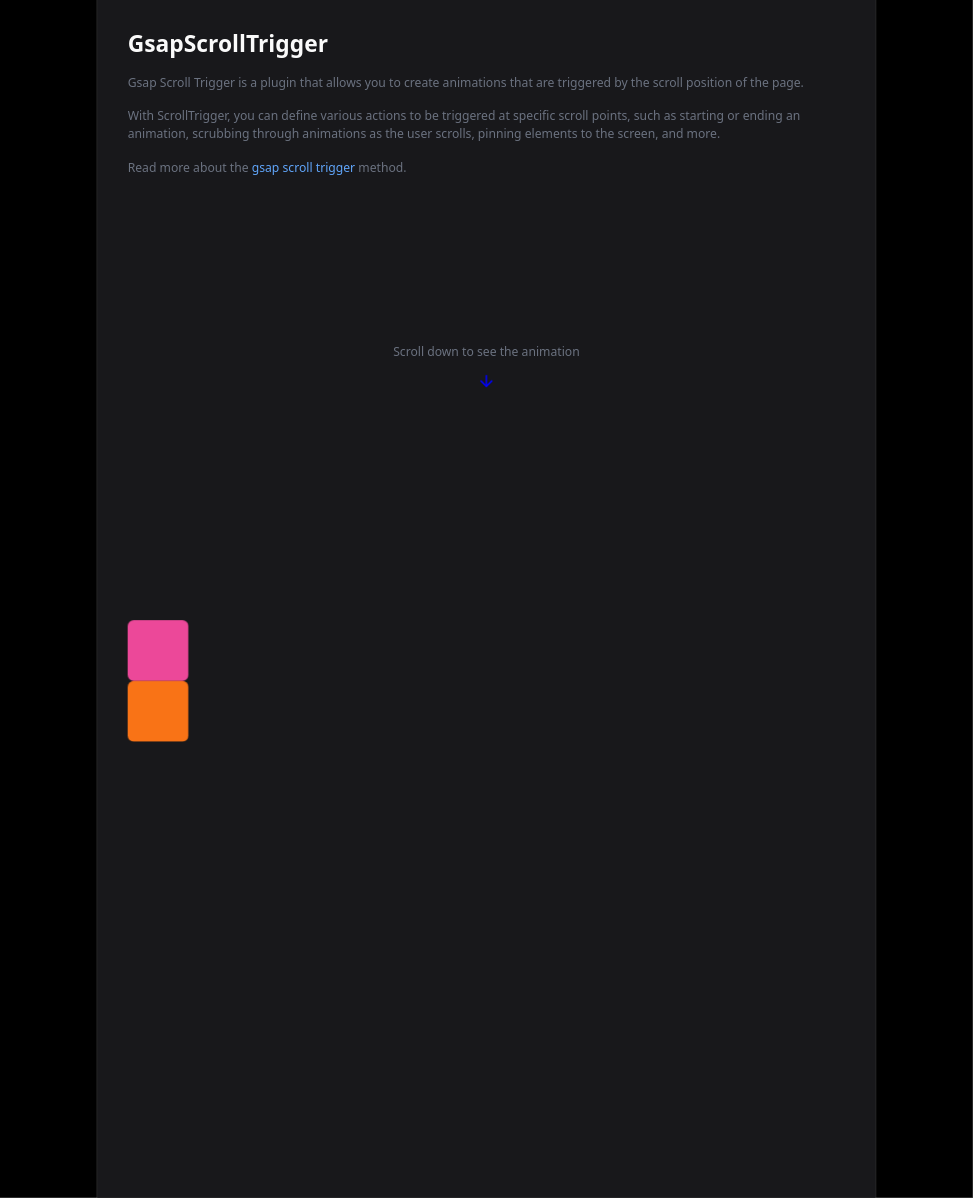
Repository: mgoyeghiaian/gsap-Starter
Page: /gsapscrolltrigger
An editor plug-in stored every save of this project. The page is shown before and after a run of saves, followed by the edit.
The browser window is 1280 px wide. The pictures show the whole page, at 76% of full size.
The project was rebuilt for these pictures with package versions that can differ from the ones it lists, and the page was loaded fresh each time. Also part of the build but not shown: vite.config.js, src/pages/Home.jsx, src/pages/GsapTo.jsx, src/pages/GsapFrom.jsx, src/pages/GsapFromTo.jsx, src/pages/GsapStagger.jsx, src/pages/GsapTimeline.jsx, src/pages/GsapText.jsx.

Above is the page before, as saved 2024-03-18 00:09:22.

### src/pages/GsapScrollTrigger.jsx
import { useGSAP } from "@gsap/react";
import gsap from "gsap";
import { ScrollTrigger } from 'gsap/all';
import { useRef } from "react";
gsap.registerPlugin(ScrollTrigger)

const GsapScrollTrigger = () => {
  const scrollRef = useRef();
  // TODO: Implement the gsap scroll trigger
  useGSAP(() => {
    const boxes = gsap.utils.toArray(scrollRef.current.children);
    boxes.forEach((box) => {
      gsap.to(box, {
        x: 150,
        rotation: 360,
        borderRadius: '100%',
        scale: 1.5,
        scrollTrigger: {
          trigger: box,
          start: 'bottom, bottom',
          end: 'top, 20%',
          scrub: true,
        },
        ease: 'power1.inOut'
      })
    })
  }, [])
  return (
    <main >
      <h1>GsapScrollTrigger</h1>

      <p className="mt-5 text-gray-500">
        Gsap Scroll Trigger is a plugin that allows you to create animations
        that are triggered by the scroll position of the page.
      </p>

      <p className="mt-5 text-gray-500">
        With ScrollTrigger, you can define various actions to be triggered at
        specific scroll points, such as starting or ending an animation,
        scrubbing through animations as the user scrolls, pinning elements to
        the screen, and more.{" "}
      </p>

      <p className="mt-5 text-gray-500">
        Read more about the{" "}
        <a
          href="https://gsap.com/docs/v3/Plugins/ScrollTrigger/"
          target="_blank"
          rel="noreferrer noopener nofollow"
        >
          gsap scroll trigger
        </a>{" "}
        method.
      </p>

      <div className="w-full h-[70vh] flex justify-center items-center flex-col">
        <p className="text-center text-gray-500">
          Scroll down to see the animation
        </p>

        <svg
          className="animate-bounce mt-5"
          xmlns="http://www.w3.org/2000/svg"
          width="24"
          height="24"
          viewBox="0 0 24 24"
          fill="none"
          stroke="blue"
          strokeWidth="2"
          strokeLinecap="round"
          strokeLinejoin="round"
        >
          <path d="M12 19V5" />
          <path d="M5 12l7 7 7-7" />
        </svg>
      </div>

      <div className="mt-20 w-full h-screen" ref={scrollRef}>
        <div
          id="scroll-pink"
          className="scroll-box w-20 h-20 rounded-lg bg-pink-500"
        />
        <div
          id="scroll-orange"
          className="scroll-box w-20 h-20 rounded-lg bg-orange-500"
        />
      </div>
    </main >
  );
};

export default GsapScrollTrigger;

Loaded but not shown: index.html (common file); src/main.jsx (common file); src/App.jsx (common file); src/index.css (common file); src/pages/index.jsx (common file); tailwind.config.js (common file)

After the next 4 saves:
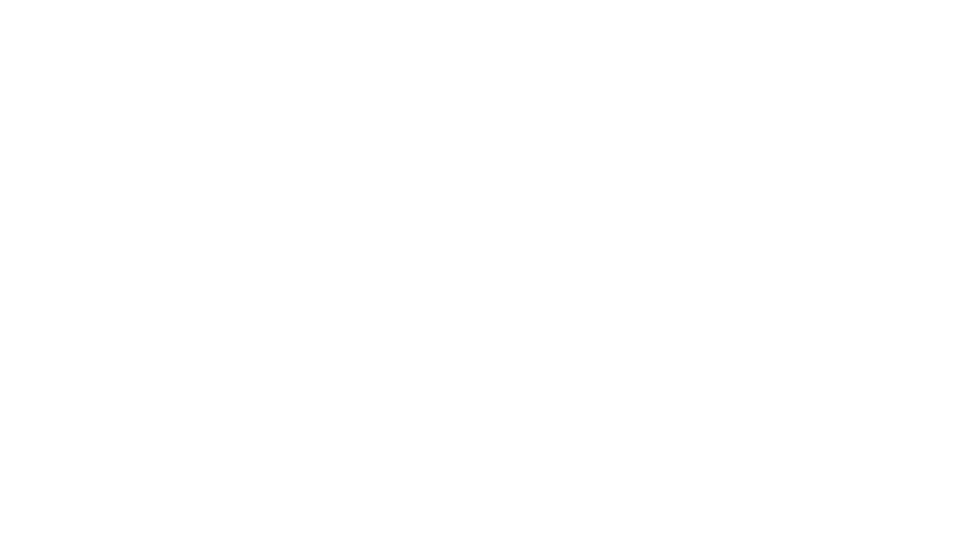
Console error: ReferenceError: boce is not defined
The 4 saves are shown as one change because 1 did not build or start and some came seconds apart.
The last was saved 83 s later.
--- a/src/pages/GsapScrollTrigger.jsx
+++ b/src/pages/GsapScrollTrigger.jsx
@@ -11,7 +11,7 @@
     const boxes = gsap.utils.toArray(scrollRef.current.children);
     boxes.forEach((box) => {
       gsap.to(box, {
-        x: 150,
+        x: 150 * (boce),
         rotation: 360,
         borderRadius: '100%',
         scale: 1.5,

After the 5 saves that followed:
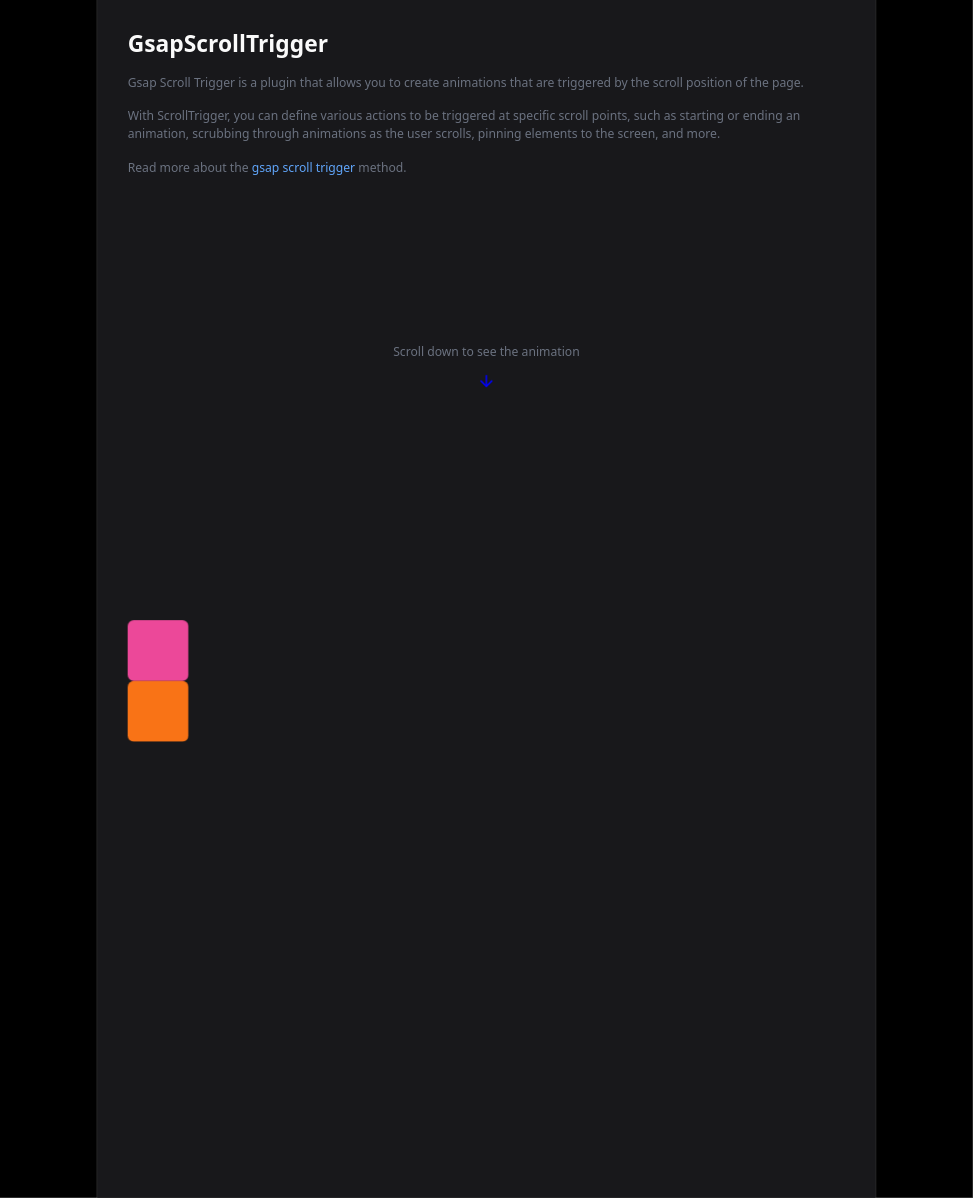
The error is gone.
The 5 saves are shown as one change because they came seconds apart.
The last was saved 14 s later.
--- a/src/pages/GsapScrollTrigger.jsx
+++ b/src/pages/GsapScrollTrigger.jsx
@@ -11,7 +11,7 @@
     const boxes = gsap.utils.toArray(scrollRef.current.children);
     boxes.forEach((box) => {
       gsap.to(box, {
-        x: 150 * (boce),
+        x: 150 * (boxes.indexOf(box)),
         rotation: 360,
         borderRadius: '100%',
         scale: 1.5,
